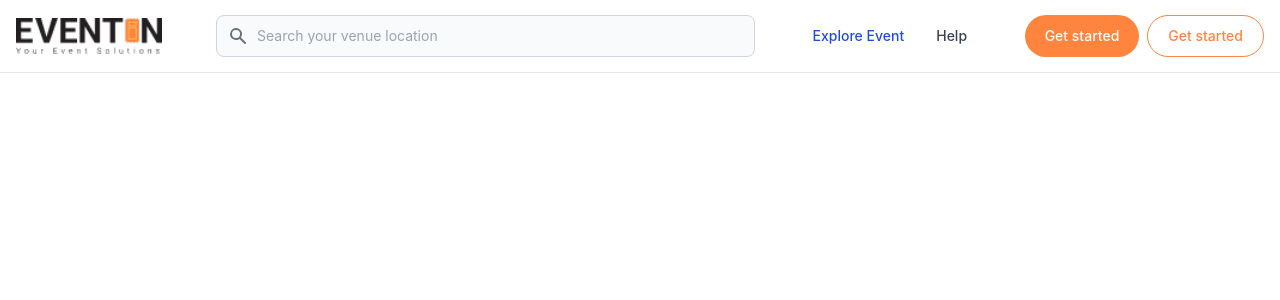
Repository: farrelmuhammad/eventon-indobild
Page: /
An editor plug-in stored every save of this project. The page is shown before and after the next save, followed by the edit.
The browser window is 1280 px wide. The pictures show the whole page.
The project was rebuilt for these pictures with package versions that can differ from the ones it lists, and the page was loaded fresh each time. Also part of the build but not shown: src/App.css.

Above is the page before, as saved 2023-02-07 15:50:20.

After the next save:
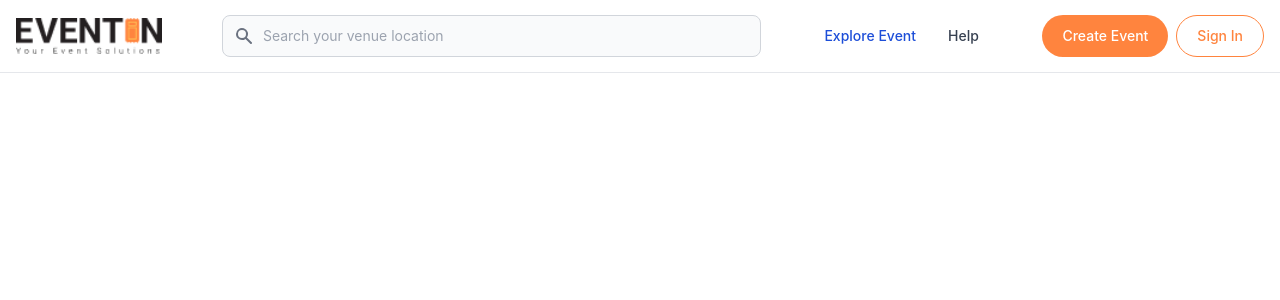
Saved 31 s later.
--- a/src/components/Navbar.jsx
+++ b/src/components/Navbar.jsx
@@ -25,8 +25,8 @@ const Navbar = () => {
                 </form>
 
                 <div class="flex md:order-2 gap-2">
-                    <button type="button" class="text-white bg-[#FF843E] hover:bg-blue-800 focus:ring-4 focus:outline-none focus:ring-blue-300 font-medium rounded-full text-sm px-5 py-2.5 text-center mr-3 md:mr-0">Get started</button>
-                    <button type="button" class="text-[#FF843E] bg-transparent border border-[#FF843E] hover:bg-[#FF843E] hover:text-white focus:ring-4 focus:outline-none focus:ring-blue-300 font-medium rounded-full text-sm px-5 py-2.5 text-center mr-3 md:mr-0">Get started</button>
+                    <button type="button" class="text-white bg-[#FF843E] hover:bg-blue-800 focus:ring-4 focus:outline-none focus:ring-blue-300 font-medium rounded-full text-sm px-5 py-2.5 text-center mr-3 md:mr-0">Create Event</button>
+                    <button type="button" class="text-[#FF843E] bg-transparent border border-[#FF843E] hover:bg-[#FF843E] hover:text-white focus:ring-4 focus:outline-none focus:ring-blue-300 font-medium rounded-full text-sm px-5 py-2.5 text-center mr-3 md:mr-0">Sign In</button>
                 </div>
                 <div class="items-center justify-between hidden w-full md:flex md:w-auto md:order-1" id="navbar-sticky">
                     <ul class="flex flex-col p-4 mt-4 border border-gray-100 rounded-lg bg-gray-50 md:flex-row md:space-x-8 md:mt-0 md:text-sm md:font-medium md:border-0 md:bg-white">
